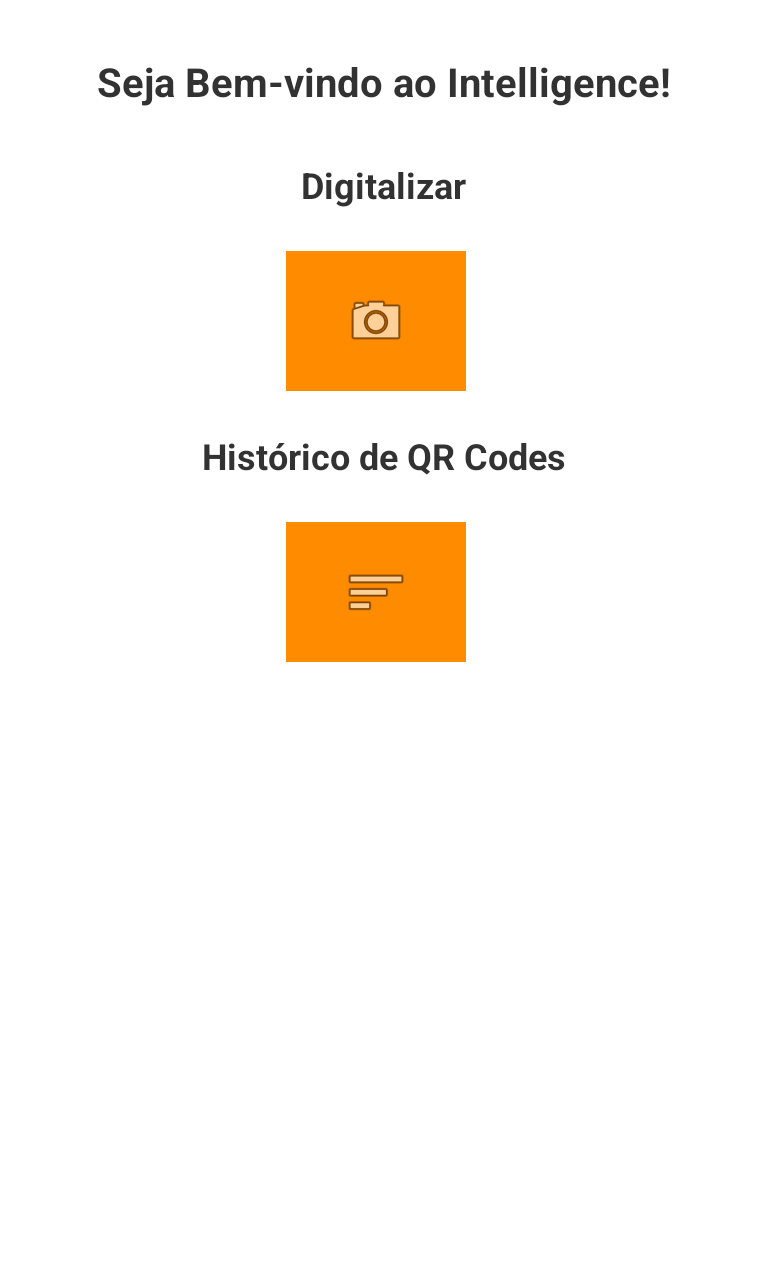
Repository: jhonpatrick/Projeto-QrCode-TDA-Informatica-
Layout: inteligence/res/layout/activity_main.xml
The author's editor kept a copy of each file at every save. The layout is drawn from the files as they stood at one save, then again after the next save.
It is drawn on a 768 x 1280 px phone screen (xhdpi) without system bars, with theme AppTheme; the app's code is not run.

Above is the layout before, as saved 2016-03-03 13:17:44.

After the next save:
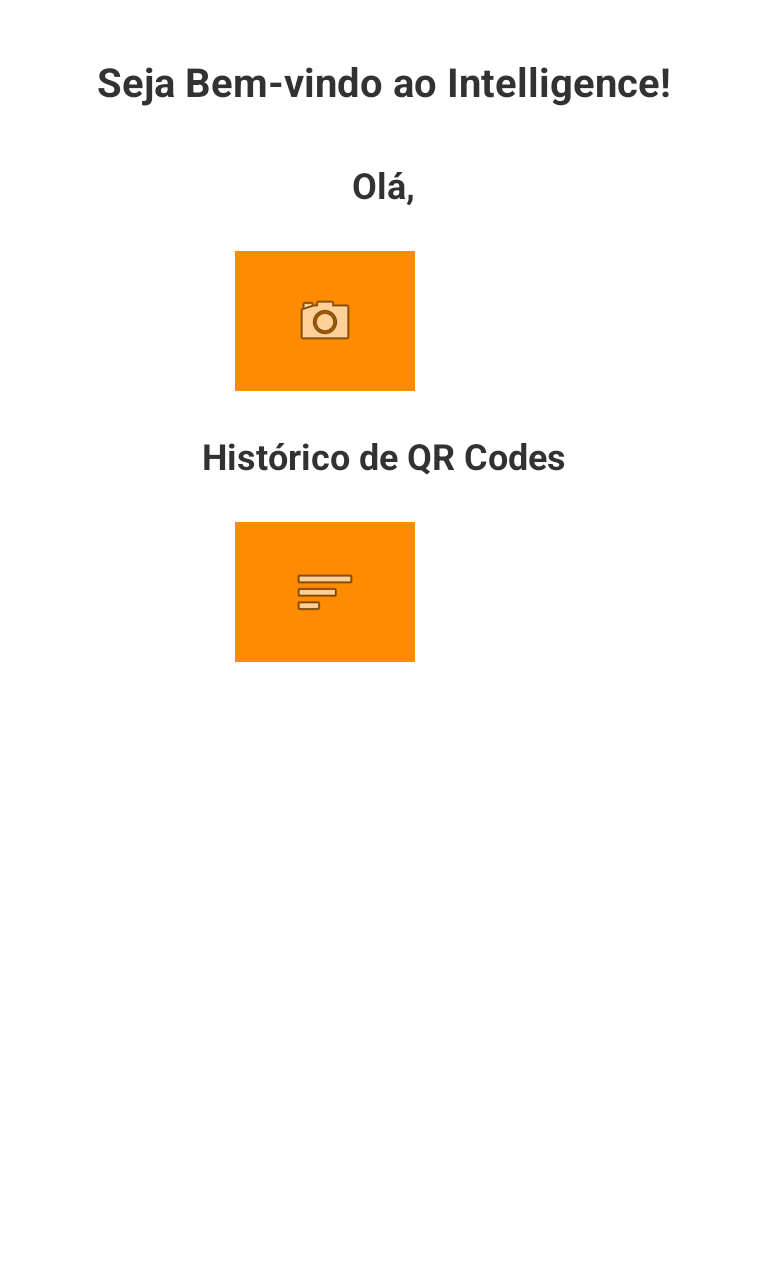
Saved 41 s later.
--- a/inteligence/res/values/strings.xml
+++ b/inteligence/res/values/strings.xml
@@ -41,7 +41,7 @@
     <string name="hello_world">Hello world!</string>
     <string name="action_settings">Settings</string>
     <string name="tda_qrcode">Intelligence</string>
-    <string name="digitalizar">Digitalizar</string>
+    <string name="digitalizar">Olá, </string>
     <string name="historico">Histórico de QR Codes</string>
     <string name="title_activity_historico">Histórico</string>
     <string name="leitura">Leitura: </string>
